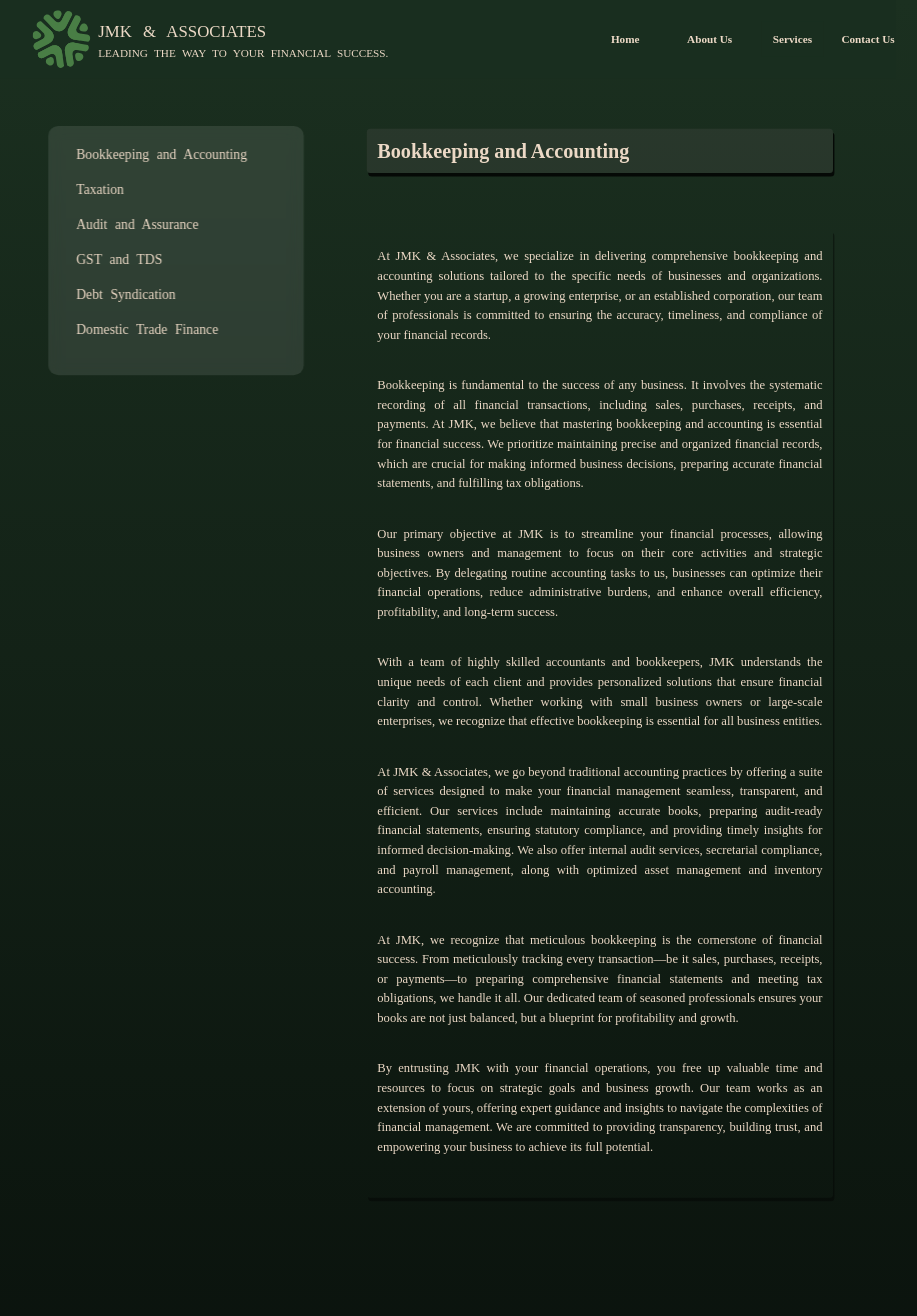
Repository: gama113/jmk
Page: movie/jmk.online/bookkeeping.html
An editor plug-in stored every save of this project. The page is shown before and after the next save, followed by the edit.
The browser window is 1280 px wide. The page is 1310 px wide, so the pictures cover 1310 px, including what lies to the right of the window. The pictures show the part of the page from y = 0 to 1880 px (the page is 2465 px tall before and 2459 px after), at 70% of full size.

Above is the page before, as saved 2025-03-22 18:17:22.

After the next save:
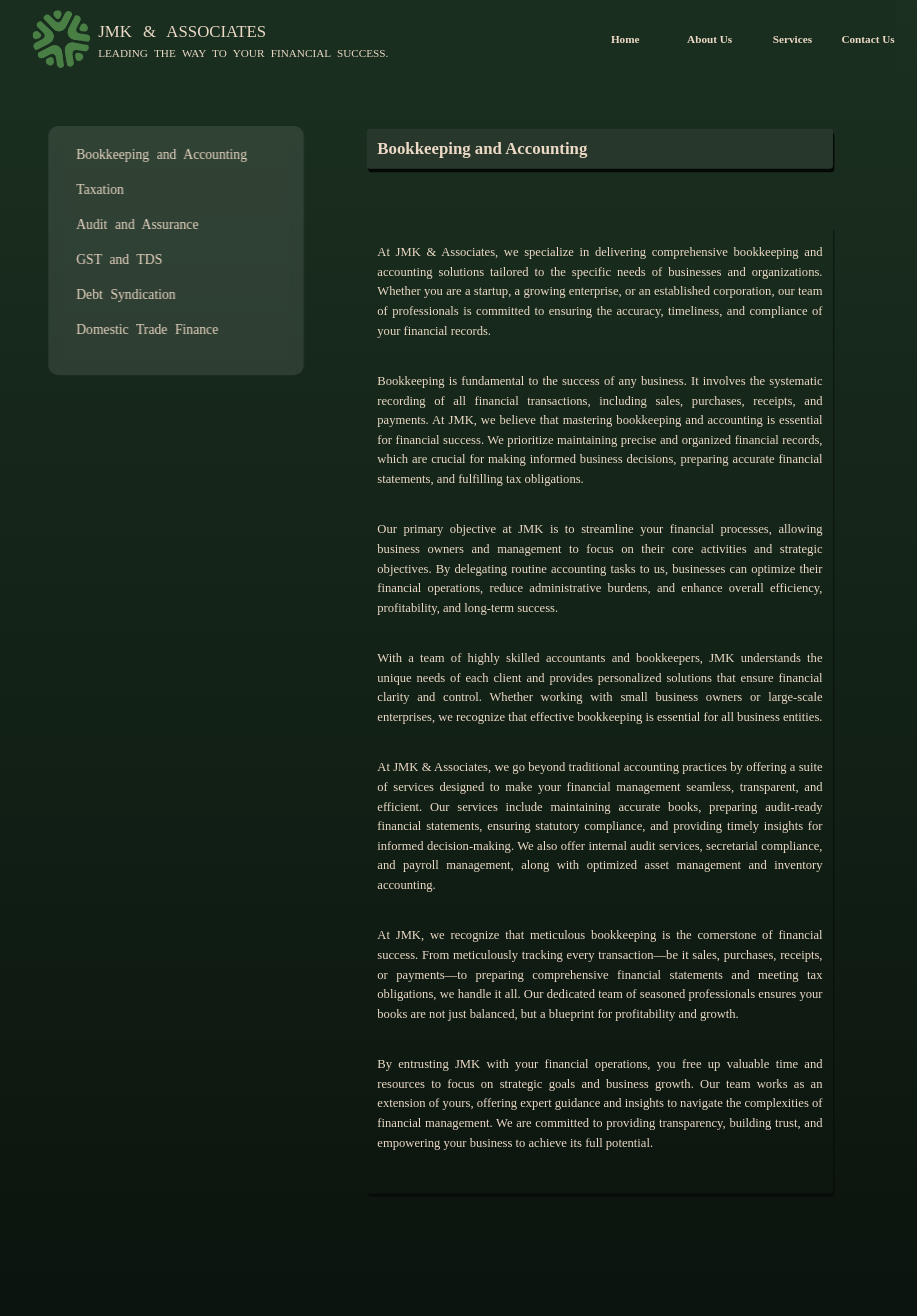
Saved 29 min 27 s later.
--- a/movie/jmk.online/style_services.css
+++ b/movie/jmk.online/style_services.css
@@ -263,7 +263,7 @@ body {
 
 .h_1 {
     border-radius: 3px;
-    font-size: 1.2rem;
+    /* font-size: 1.2rem; */
 
 }
 
